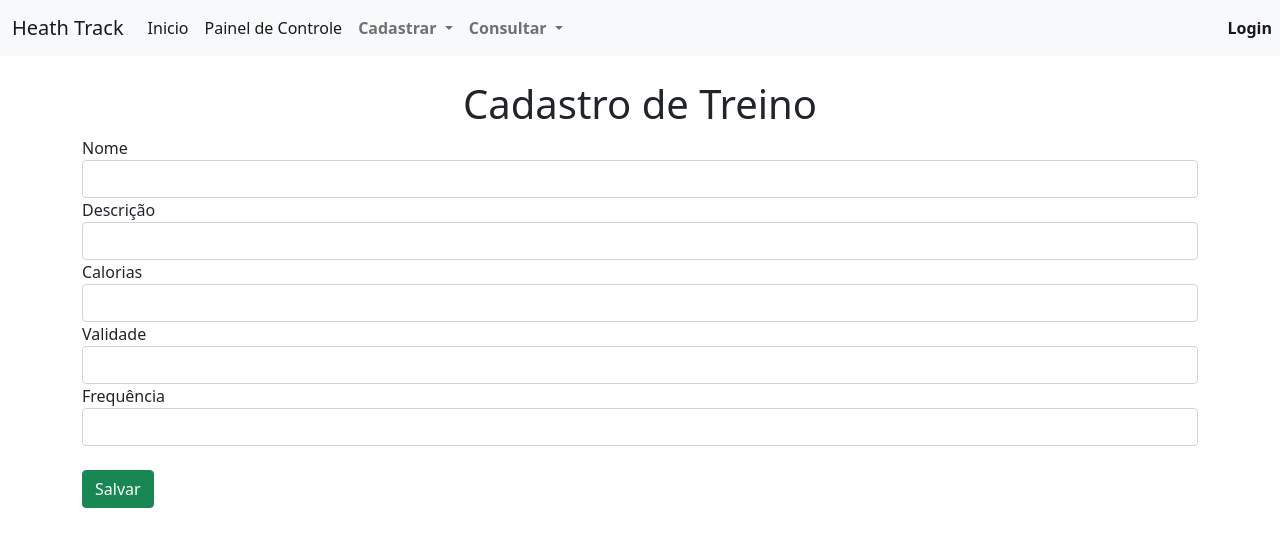
Repository: FellipySantos/HealthTrack_Finalizado
Page: http://localhost/JSPs/cadastro-treino.jsp
The author's editor kept a copy of each file at every save. The page is drawn from the files as they stood at one save, then again after the next save.
The browser window is 1280 px wide. The pictures show the whole page.
The page is served by Tomcat 9.

Above is the page before, as saved 2021-11-22 23:24:15.

After the next save:
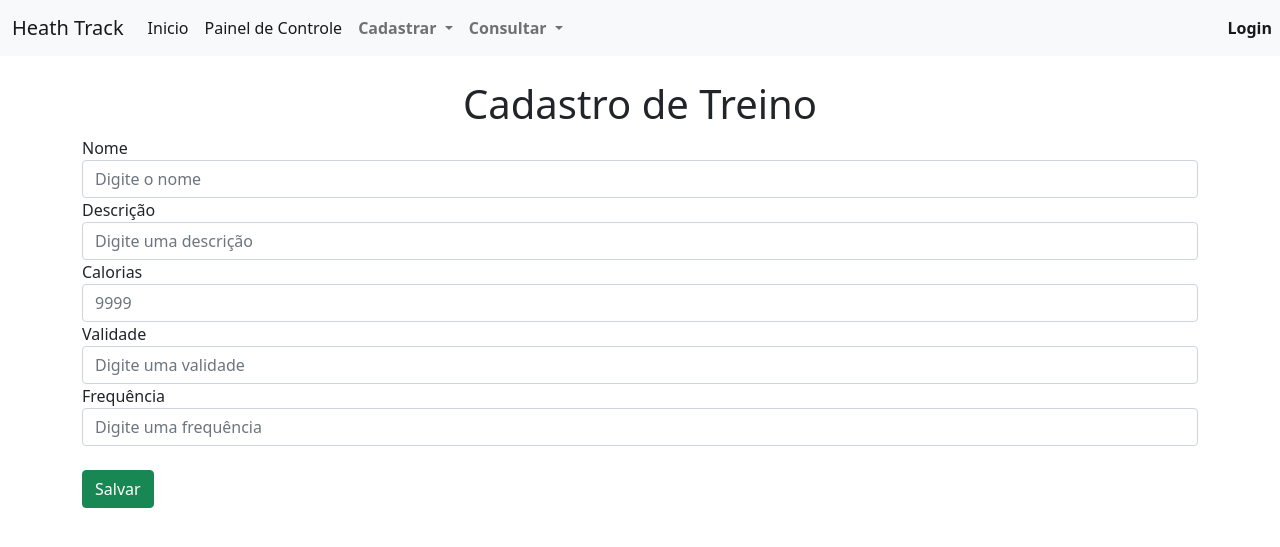
Saved 100 s later.
--- a/JSP/JSPs/WebContent/cadastro-treino.jsp
+++ b/JSP/JSPs/WebContent/cadastro-treino.jsp
@@ -23,23 +23,23 @@
 		<input type="hidden" value="cadastrar" name="acao">
 		<div class="form-group">
 			<label for="id-nome">Nome</label>
-			<input type="text" name="nome" id="nome" class="form-control">
+			<input type="text" name="nome" id="nome" class="form-control" placeholder="Digite o nome">
 		</div>
 		<div class="form-group">
 			<label for="id-descricao">Descrição</label>
-			<input type="text" name="descricao" id="id-descricao" class="form-control">
+			<input type="text" name="descricao" id="id-descricao" class="form-control"  placeholder="Digite uma descrição">
 		</div>
 		<div class="form-group">
 			<label for="id-qtdCal">Calorias</label>
-			<input type="text" name="qtdCal" id="id-qtdCal" class="form-control">
+			<input type="text" name="qtdCal" id="id-qtdCal" class="form-control"  placeholder="9999">
 		</div>
 		<div class="form-group">
 			<label for="id-validade">Validade</label>
-			<input type="text" name="validade" id="id-validade" class="form-control">
+			<input type="text" name="validade" id="id-validade" class="form-control"  placeholder="Digite uma validade">
 		</div>
 		<div class="form-group">
 			<label for="id-frequencia">Frequência</label>
-			<input type="text" name="frequencia" id="id-frequencia" class="form-control">
+			<input type="text" name="frequencia" id="id-frequencia" class="form-control"  placeholder="Digite uma frequência">
 		</div>
 		<br>
 		<input type="submit" value="Salvar" class="btn btn-success">
